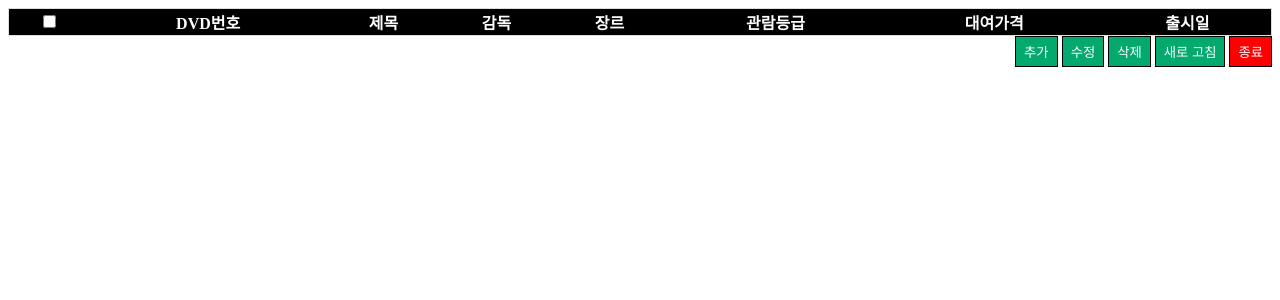
Repository: yonghwankim-dev/DVD_ManagementSystem
Page: http://localhost/DVD/index/dvd_admin
The author's editor kept a copy of each file at every save. The page is drawn from the files as they stood at one save, then again after the next save.
The browser window is 1280 px wide. The pictures show the whole page.
The page is served by Tomcat 9. Other server files are loaded and not shown. Queries for data that is not in the repository find no rows.

Above is the page before, as saved 2021-07-14 07:47:44.

### DVD/WebContent/WEB-INF/view/dvd_admin.jsp
<%@ page language="java" contentType="text/html; charset=UTF-8"
    pageEncoding="UTF-8"%>
<%@ taglib prefix="c" uri="http://java.sun.com/jsp/jstl/core"%>
<!DOCTYPE html>
<html lang="en">

<head>
    <meta charset="UTF-8">
    <meta http-equiv="X-UA-Compatible" content="IE=edge">
    <meta name="viewport" content="width=device-width, initial-scale=1.0">
    <link rel="stylesheet" href="/DVD/css/dvd_admin.css">
    <link rel="stylesheet" href="/DVD/css/common.css">
    <title>DVD 관리 페이지</title>
</head>

<body>
    <div class="main">
        <form action="" method="post">
            <div class="main__table__container">
                <table class="main__table">
                    <thead>
                        <tr>
                        	<th><input type="checkbox" name="chk"></th>
                        	<th>DVD번호</th>
                        	<th>제목</th>
	                        <th>감독</th>
	                        <th>장르</th>
	                        <th>관람등급</th>
	                        <th>대여가격</th>
	                        <th>출시일</th>
                        </tr>
                    </thead>
                    <tbody>
                        <c:forEach var="dvd" items="${dvd_list}">
		                	<tr>
		                		<td><input type="checkbox" name="chk"></td>
		                		<td>${dvd.d_num}</td>
		                        <td>${dvd.title}</td>
		                        <td>${dvd.director}</td>
		                        <td>${dvd.category}</td>
		                        <td>${dvd.rating}</td>
		                        <td>${dvd.d_borrow_fee}</td>
		                        <td>${dvd.release_date}</td>
		                    </tr>
                		</c:forEach>
                    </tbody>
                </table>
            </div>
            <div class="main__btns">
                <input type="button" name="cmd" value="추가" onclick="openInsertPopUp()">
                <input type="button" name="cmd" value="수정" onclick="">
                <input type="submit" name="cmd" value="삭제">
                <input type="submit" name="cmd" value="새로 고침">
                <input type="button" class="cancelBtn" onclick="location.href='/DVD/index'" value="종료">
            </div>
        </form>
    </div>

    <script type="text/javascript" src="/DVD/js/dvd_admin.js"></script>
</body>

</html>

### DVD/src/controller/DVD_AdminController.java
package controller;

import java.io.IOException;
import java.sql.SQLException;
import java.util.List;

import javax.servlet.ServletException;
import javax.servlet.annotation.WebServlet;
import javax.servlet.http.HttpServlet;
import javax.servlet.http.HttpServletRequest;
import javax.servlet.http.HttpServletResponse;

import entity.DVD;
import service.DVDService;

@WebServlet("/index/dvd_admin")
public class DVD_AdminController extends HttpServlet{

	@Override
	protected void doGet(HttpServletRequest request, HttpServletResponse response) throws ServletException, IOException {
		try {
			List<DVD> dvd_list = DVDService.findDVDAllList();
			request.setAttribute("dvd_list", dvd_list);
		} catch (SQLException e) {
			System.out.println("DVD_AdminController, DVD목록 호출 실패");
			e.printStackTrace();
		}
		request.getRequestDispatcher("/WEB-INF/view/dvd_admin.jsp").forward(request, response);
	}

	@Override
	protected void doPost(HttpServletRequest request, HttpServletResponse response) throws ServletException, IOException {
		String cmd = request.getParameter("cmd");

		switch(cmd)
		{
		case "추가":
			break;
		case "수정":
			break;
		case "삭제":
			break;
		case "새로고침":
			break;
		default:
			break;
		}
	}

}

### DVD/src/service/DVDService.java
package service;

import java.sql.Connection;
import java.sql.DriverManager;
import java.sql.PreparedStatement;
import java.sql.ResultSet;
import java.sql.SQLException;
import java.util.ArrayList;
import java.util.List;

import entity.Customer;
import entity.DVD;

public class DVDService {
	// DVD 전체 검색
	public static List<DVD> findDVDAllList() throws SQLException
	{
		List<DVD> dvd_list = new ArrayList<DVD>();
		Connection con = null;
		PreparedStatement pst = null;
		ResultSet rs = null;

		try {
			Class.forName("oracle.jdbc.driver.OracleDriver");
			String url = "jdbc:oracle:thin:@localhost:1521/xepdb1";
			String sql = "select d.d_num, d.director, d.release_date, d.title, d.category, d.d_borrow_fee, d.rating " +
						"from dvd d " +
						"order by d.d_num";


			con = DriverManager.getConnection(url,"DVD_USER","DVD_USER");
			pst = con.prepareStatement(sql);
			rs = pst.executeQuery();

			while(rs.next())
			{
				DVD dvd = new DVD(
									rs.getInt("d_num"),
									rs.getString("director"),
									rs.getDate("release_date"),
									rs.getString("title"),
									rs.getString("category"),
									rs.getInt("d_borrow_fee"),
									rs.getInt("rating")
									);
				dvd_list.add(dvd);
			}

		} catch (ClassNotFoundException | SQLException e) {
			System.out.println("findDVDList 메서드, DVD검색중 실패");
			e.printStackTrace();
		}finally {
			rs.close();
			pst.close();
			con.close();
		}

		return dvd_list;
	}

	// DVD 검색
	public static List<DVD> findDVDList(String category, String content, String order) throws SQLException
	{
		List<DVD> dvd_list = new ArrayList<DVD>();
		Connection con = null;
		PreparedStatement pst = null;
		ResultSet rs = null;

		try {
			Class.forName("oracle.jdbc.driver.OracleDriver");
			String url = "jdbc:oracle:thin:@localhost:1521/xepdb1";
			String sql = "select d.d_num, d.director, d.release_date, d.title, d.category, d.d_borrow_fee, d.rating " +
						"from dvd d, actor a " +
						"where d.d_num=a.d_a_num and a."+category+ " = ? " +
						"order by d.d_num "+order;


			con = DriverManager.getConnection(url,"DVD_USER","DVD_USER");
			pst = con.prepareStatement(sql);
			pst.setString(1, content);

			rs = pst.executeQuery();

			while(rs.next())
			{
				DVD dvd = new DVD(
									rs.getInt("d_num"),
									rs.getString("director"),
									rs.getDate("release_date"),
									rs.getString("title"),
									rs.getString("category"),
									rs.getInt("d_borrow_fee"),
									rs.getInt("rating")
									);
				dvd_list.add(dvd);
			}

		} catch (ClassNotFoundException | SQLException e) {
			System.out.println("findDVDList 메서드, DVD검색중 실패");
			e.printStackTrace();
		}finally {
			rs.close();
			pst.close();
			con.close();
		}

		return dvd_list;
	}


}

### DVD/WebContent/css/dvd_admin.css
.main__table {
  border-collapse: collapse;
  border-spacing: 0;
  width: 100%;
  border: 1px solid #ddd;
}

.main__table thead {
  background-color: black;
  color: white;
}

.main__table tbody {
  text-align: center;
}

.main__btns {
  text-align: right;
}

### DVD/WebContent/css/common.css
input[type="text"] {
  padding: 5px 8px;
}

input[type="submit"], input[type="button"] {
  padding: 5px 8px;
  background-color: #04aa6d;
  border: 1px solid black;
  color: white;
  cursor: pointer;
}

.cancelBtn {
  padding: 5px 8px;
  background-color: red !important;
  border: 1px solid black;
  color: white;
  cursor: pointer;
}

### DVD/WebContent/js/dvd_admin.js

const option = "width = 500, height=750, top = 100, left = 200, location=no";
function openInsertPopUp()
{
	const url = "/DVD/index/dvd_admin/insert";
	const name = "insertPopUp";

	window.name = url;
	window.open(url,name,option);
}


function submitInsertPopUp()
{
	document.insert_form.target = opener.name;

	document.insert_form.action = "/DVD/index/dvd_admin/insert";
	document.insert_form.submit();

	if(opener != null)
	{
		opener.insertPopUp = null;

		self.close();
	}
}

function openUpdatePopUp()
{
	const url = "/DVD/index/dvd_admin/update";
	const name = "updatePopUp";

	window.name = url;
	window.open(url,name,option);
}

After the next save:
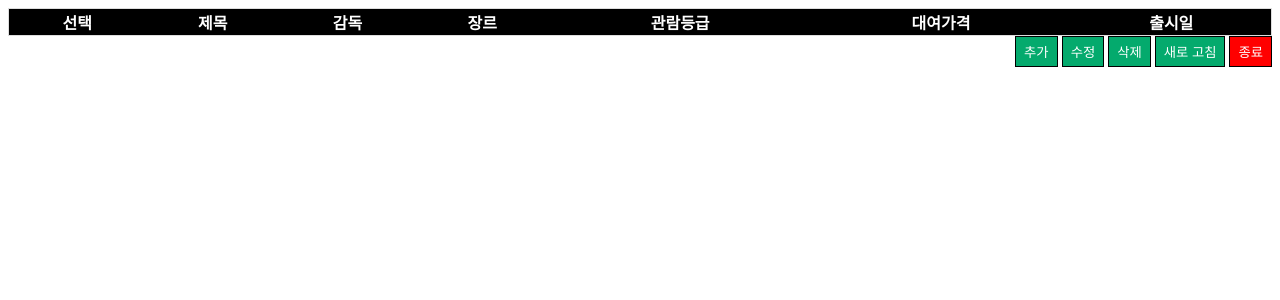
Saved 7 min 38 s later.
--- a/DVD/WebContent/WEB-INF/view/dvd_admin.jsp
+++ b/DVD/WebContent/WEB-INF/view/dvd_admin.jsp
@@ -20,8 +20,7 @@
                 <table class="main__table">
                     <thead>
                         <tr>
-                        	<th><input type="checkbox" name="chk"></th>
-                        	<th>DVD번호</th>
+                        	<th>선택</th>
                         	<th>제목</th>
 	                        <th>감독</th>
 	                        <th>장르</th>
@@ -33,8 +32,7 @@
                     <tbody>
                         <c:forEach var="dvd" items="${dvd_list}">
 		                	<tr>
-		                		<td><input type="checkbox" name="chk"></td>
-		                		<td>${dvd.d_num}</td>
+		                		<td><input type="checkbox" name="chk" value="${dvd.d_num}"></td>
 		                        <td>${dvd.title}</td>
 		                        <td>${dvd.director}</td>
 		                        <td>${dvd.category}</td>
